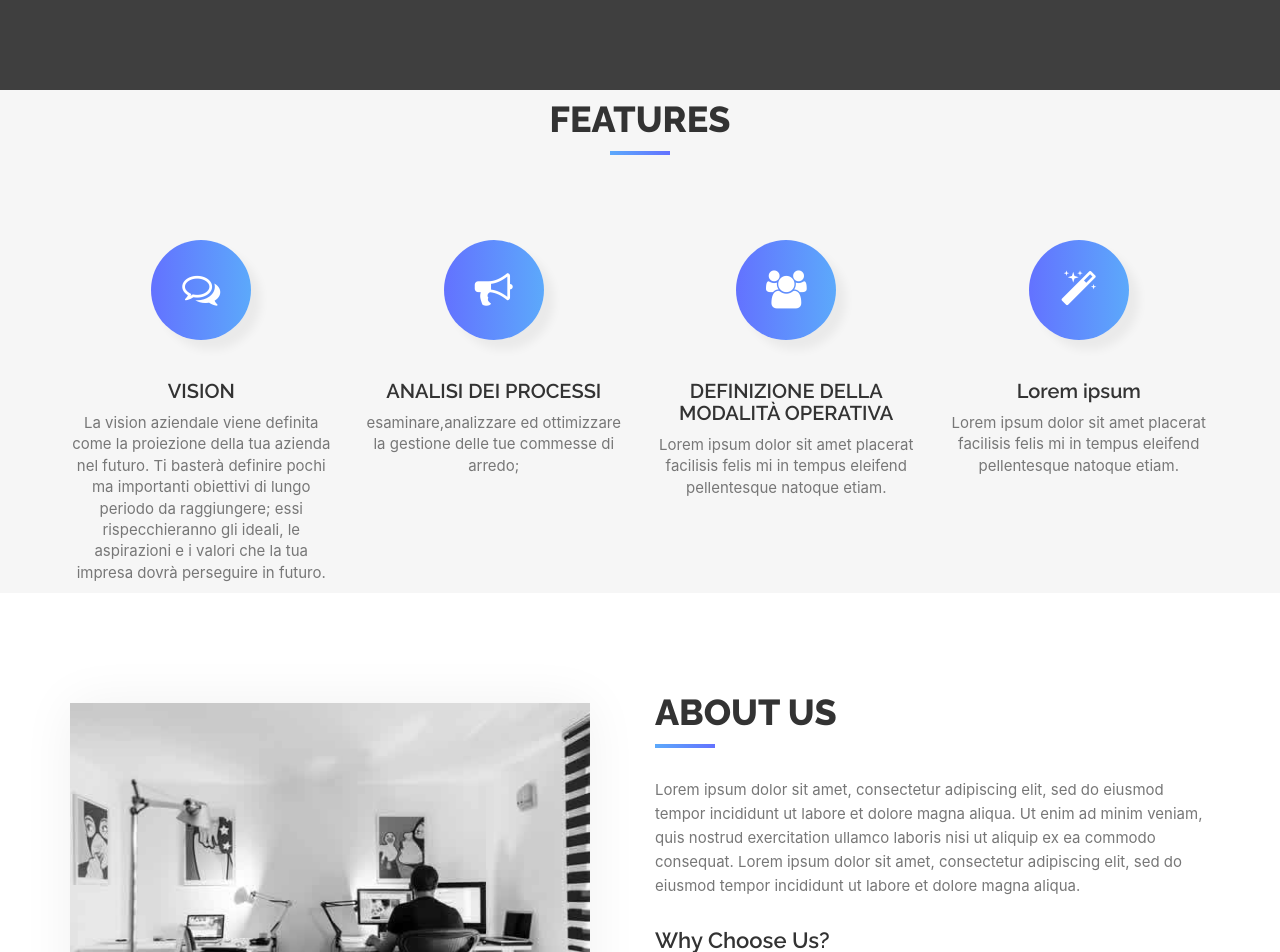
Repository: andrealepori/digitize-reactapp
Page: /
An editor plug-in stored every save of this project. The page is shown before and after a run of saves, followed by the edit.
The browser window is 1280 px wide. The pictures show the part of the page from y = 938 to 1890 px (the page is 5696 px tall).
Pictures or frames that could not be fetched are drawn as grey boxes. The project was rebuilt for these pictures with package versions that can differ from the ones it lists, and the page was loaded fresh each time.

Above is the page before, as saved 2021-09-21 14:53:34.

### public/index.html
<head>
  <meta charset="utf-8" />
  <meta name="viewport" content="width=device-width, initial-scale=1" />
  <link rel="shortcut icon" href="img/favicon.ico" type="image/x-icon" />
  <link rel="apple-touch-icon" href="img/apple-touch-icon.png" />
  <link href="https://use.fontawesome.com/releases/v5.15.1/css/all.css" rel="stylesheet" />
  <link
    rel="apple-touch-icon"
    sizes="72x72"
    href="img/apple-touch-icon-72x72.png"
  />
  <link
    rel="apple-touch-icon"
    sizes="114x114"
    href="img/apple-touch-icon-114x114.png"
  />

  <link rel="stylesheet" type="text/css" href="css/bootstrap.css" />
  <link
    rel="stylesheet"
    type="text/css"
    href="fonts/font-awesome/css/font-awesome.css"
  />
  <link rel="stylesheet" type="text/css" href="css/style.css" />
  <link
    rel="stylesheet"
    type="text/css"
    href="css/nivo-lightbox/nivo-lightbox.css"
  />
  <link rel="stylesheet" type="text/css" href="css/nivo-lightbox/default.css" />
  <link
    href="https://fonts.googleapis.com/css?family=Open+Sans:300,400,600,700"
    rel="stylesheet"
  />
  <link
    href="https://fonts.googleapis.com/css?family=Lato:400,700"
    rel="stylesheet"
  />
  <link
    href="https://fonts.googleapis.com/css?family=Raleway:300,400,500,600,700,800,900"
    rel="stylesheet"
  />
  <title>DIGITIZE</title>
  <meta name="description" content="" />
  <meta name="author" content="@andrealepori" />
</head>

<body id="page-top" data-spy="scroll" data-target=".navbar-fixed-top">
  <div id="root"></div>




  <script type="text/javascript" src="js/jquery.1.11.1.js"></script>
  <script type="text/javascript" src="js/bootstrap.js"></script>
</body>

### src/App.jsx
import { useState, useEffect } from "react";
import { Navigation } from "./components/navigation";
import { Header } from "./components/header";
import { Features } from "./components/features";
import { About } from "./components/about";
import { Services } from "./components/services";
import { Gallery } from "./components/gallery";
import { Testimonials } from "./components/testimonials";
import { Team } from "./components/Team";
import { Contact } from "./components/contact";
import JsonData from "./data/data.json";
import SmoothScroll from "smooth-scroll";
import "./App.css";

export const scroll = new SmoothScroll('a[href*="#"]', {
  speed: 1000,
  speedAsDuration: true,
});

const App = () => {
  const [landingPageData, setLandingPageData] = useState({});
  useEffect(() => {
    setLandingPageData(JsonData);
  }, []);

  return (
    <div>
      <Navigation />
      <Header data={landingPageData.Header} />
      <Features data={landingPageData.Features} />
      <About data={landingPageData.About} />
      <Services data={landingPageData.Services} />
      <Gallery data={landingPageData.Gallery}/>
      <Testimonials data={landingPageData.Testimonials} />
      <Team data={landingPageData.Team} />
      <Contact data={landingPageData.Contact} />

    </div>
  );
};

export default App;

### src/components/navigation.jsx
export const Navigation = (props) => {
  return (
    <nav id='menu' className='navbar navbar-default navbar-fixed-top'>
      <div className='container'>
        <div className='navbar-header'>
          <button
            type='button'
            className='navbar-toggle collapsed'
            data-toggle='collapse'
            data-target='#bs-example-navbar-collapse-1'
          >
            {' '}
            <span className='sr-only'>Toggle navigation</span>{' '}
            <span className='icon-bar'></span>{' '}
            <span className='icon-bar'></span>{' '}
            <span className='icon-bar'></span>{' '}
          </button>

          <a className='navbar-brand page-scroll' href='#page-top'>

          </a>{' '}
        </div>

        <div
          className='collapse navbar-collapse'
          id='bs-example-navbar-collapse-1'
        >
          <img src="img/logo.png" width="17%" height="auto"></img>
          <ul className='nav navbar-nav navbar-right'>
            <li>
              <a href='#features' className='page-scroll'>
                Features
              </a>
            </li>
            <li>
              <a href='#about' className='page-scroll'>
                About
              </a>
            </li>
            <li>
              <a href='#services' className='page-scroll'>
                Services
              </a>
            </li>
            <li>
              <a href='#portfolio' className='page-scroll'>
                Gallery
              </a>
            </li>
            <li>
              <a href='#testimonials' className='page-scroll'>
                Testimonials
              </a>
            </li>
            <li>
              <a href='#team' className='page-scroll'>
                Team
              </a>
            </li>
            <li>
              <a href='#contact' className='page-scroll'>
                Contact
              </a>
            </li>
          </ul>
        </div>
      </div>
    </nav>
  )
}

### src/components/header.jsx
export const Header = (props) => {
  return (
    <header id='header'>
      <div className='intro'>
        <div className='overlay'>
          <div className='container'>
            <div className='row'>
              <div className='col-md-8 col-md-offset-2 intro-text'>
                <h1>
                  {props.data ? props.data.title : 'Loading'}
                  <span></span>
                </h1>
                <p>{props.data ? props.data.paragraph : 'Loading'}</p>
                <a
                  href='#features'
                  className='btn btn-custom btn-lg page-scroll'
                >
                  Learn More
                </a>{' '}
              </div>
            </div>
          </div>
        </div>
      </div>
    </header>
  )
}

### src/components/about.jsx
export const About = (props) => {
  return (
    <div id="about">
      <div className="container">
        <div className="row">
          <div className="col-xs-12 col-md-6">
            {" "}
            <img src="img/about.jpg" className="img-responsive" alt="" />{" "}
          </div>
          <div className="col-xs-12 col-md-6">
            <div className="about-text">
              <h2>About Us</h2>
              <p>{props.data ? props.data.paragraph : "loading..."}</p>
              <h3>Why Choose Us?</h3>
              <div className="list-style">
                <div className="col-lg-6 col-sm-6 col-xs-12">
                  <ul>
                    {props.data
                      ? props.data.Why.map((d, i) => (
                          <li key={`${d}-${i}`}>{d}</li>
                        ))
                      : "loading"}
                  </ul>
                </div>
                <div className="col-lg-6 col-sm-6 col-xs-12">
                  <ul>
                    {props.data
                      ? props.data.Why2.map((d, i) => (
                          <li key={`${d}-${i}`}> {d}</li>
                        ))
                      : "loading"}
                  </ul>
                </div>
              </div>
            </div>
          </div>
        </div>
      </div>
    </div>
  );
};

### src/components/services.jsx
export const Services = (props) => {
  return (
    <div id='services' className='text-center'>
      <div className='container'>
        <div className='section-title'>
          <h2>Our Services</h2>
          <p>
            Lorem ipsum dolor sit amet, consectetur adipiscing elit duis sed
            dapibus leonec.
          </p>
        </div>
        <div className='row'>
          {props.data
            ? props.data.map((d, i) => (
                <div key={`${d.name}-${i}`} className='col-md-4'>
                  {' '}
                  <i className={d.icon}></i>
                  <div className='service-desc'>
                    <h3>{d.name}</h3>
                    <p>{d.text}</p>
                  </div>
                </div>
              ))
            : 'loading'}
        </div>
      </div>
    </div>
  )
}

### src/components/gallery.jsx
import { Image } from "./image";

export const Gallery = (props) => {
  return (
    <div id='portfolio' className='text-center'>
      <div className='container'>
        <div className='section-title'>
          <h2>Gallery</h2>
          <p>
            Lorem ipsum dolor sit amet, consectetur adipiscing elit duis sed
            dapibus leonec.
          </p>
        </div>
        <div className='row'>
          <div className='portfolio-items'>
            {props.data
              ? props.data.map((d, i) => (
                <div key={`${d.title}-${i}`} className='col-sm-6 col-md-4 col-lg-4'>
                  <Image title={d.title} largeImage={d.largeImage} smallImage={d.smallImage} />
                </div>
              ))
              : 'Loading...'}
          </div>
        </div>
      </div>
    </div>
  )
}

### src/components/testimonials.jsx
export const Testimonials = (props) => {
  return (
    <div id='testimonials'>
      <div className='container'>
        <div className='section-title text-center'>
          <h2>What our clients say</h2>
        </div>
        <div className='row'>
          {props.data
            ? props.data.map((d, i) => (
                <div key={`${d.name}-${i}`} className='col-md-4'>
                  <div className='testimonial'>
                    <div className='testimonial-image'>
                      {' '}
                      <img src={d.img} alt='' />{' '}
                    </div>
                    <div className='testimonial-content'>
                      <p>"{d.text}"</p>
                      <div className='testimonial-meta'> - {d.name} </div>
                    </div>
                  </div>
                </div>
              ))
            : 'loading'}
        </div>
      </div>
    </div>
  )
}

### src/components/Team.jsx
export const Team = (props) => {
  return (
    <div id='team' className='text-center'>
      <div className='container'>
        <div className='col-md-8 col-md-offset-2 section-title'>
          <h2>Meet the Team</h2>
          <p>
            Lorem ipsum dolor sit amet, consectetur adipiscing elit duis sed
            dapibus leonec.
          </p>
        </div>
        <div id='row'>
          {props.data
            ? props.data.map((d, i) => (
                <div key={`${d.name}-${i}`} className='col-md-3 col-sm-6 team'>
                  <div className='thumbnail'>
                    {' '}
                    <img src={d.img} alt='...' className='team-img' />
                    <div className='caption'>
                      <h4>{d.name}</h4>
                      <p>{d.job}</p>
                    </div>
                  </div>
                </div>
              ))
            : 'loading'}
        </div>
      </div>
    </div>
  )
}

### src/components/contact.jsx
import { useState } from 'react'

import emailjs from 'emailjs-com'

const initialState = {
  name: '',
  email: '',
  message: '',
}
export const Contact = (props) => {
  const [{ name, email, message }, setState] = useState(initialState)

  const handleChange = (e) => {
    const { name, value } = e.target
    setState((prevState) => ({ ...prevState, [name]: value }))
  }
  const clearState = () => setState({ ...initialState })

  const handleSubmit = (e) => {
    e.preventDefault()
    console.log(name, email, message)
    emailjs
      .sendForm(
        'YOUR_SERVICE_ID', 'YOUR_TEMPLATE_ID', e.target, 'YOUR_USER_ID'
      )
      .then(
        (result) => {
          console.log(result.text)
          clearState()
        },
        (error) => {
          console.log(error.text)
        }
      )
  }
  return (

  <footer class="bg-light text-center text-white">

  <div className="container p-4 pb-0">



      <a clssName="btn btn-primary btn-floating m-1"

        href="#!"
        role="button"
        ><i className="fab fa-facebook-f"></i> </a>

      <a
        className="btn btn-primary btn-floating m-1"

        href="#!"
        role="button"
        ><i className="fab fa-twitter"></i></a>
      <a
        className="btn btn-primary btn-floating m-1"


        href="#!"
        role="button"
        ><i className="fab fa-google"></i></a>
      <a
        className="btn btn-primary btn-floating m-1"


        href="#!"
        role="button"
        ><i className="fab fa-instagram"></i></a>
      <a
        className="btn btn-primary btn-floating m-1"

        href="#!"
        role="button"
        ><i className="fab fa-linkedin-in"></i></a>
      <a
        className="btn btn-primary btn-floating m-1"

        href="#!"
        role="button"
        ><i className="fab fa-github"></i></a>
  </div>

</footer>
  )
}

### src/data/data.json
{
  "Header": {
    "title": "DIGITALIZZAZIONE DI IMPRESE ",
    "paragraph": "Digitalizzazione è sinonimo di miglioramento e velocizzazione dei processi aziendali, ma anche di dematerializzazione degli ambienti lavorativi e dei documenti d’impresa. Infatti, proprio come è accaduto in seguito all’emergenza Covid, molte realtà hanno sperimentato lo Smart Working e la gestione delle attività da remoto, mentre altre hanno aperto le porte del proprio business alla vendita online."
  },
  "About": {
    "paragraph": "Lorem ipsum dolor sit amet, consectetur adipiscing elit, sed do eiusmod tempor incididunt ut labore et dolore magna aliqua. Ut enim ad minim veniam, quis nostrud exercitation ullamco laboris nisi ut aliquip ex ea commodo consequat. Lorem ipsum dolor sit amet, consectetur adipiscing elit, sed do eiusmod tempor incididunt ut labore et dolore magna aliqua.",
    "Why": [
      "Lorem ipsum o23e",
      "Tempor incididunt",
      "Lorem ipsum dolor",
      "Incididunt ut labore"
    ],
    "Why2": [
      "1 ex ea commodo",
      "2 ipsum dolor",
      "3 ullamco",
      "4 ipsum dolor"
    ]
  },
  "Gallery": [
    {
      "title": "Project Title",
      "largeImage": "img/portfolio/01-large.jpg",
      "smallImage": "img/portfolio/01-small.jpg"
    },
    {
      "title": "Project Title",
      "largeImage": "img/portfolio/02-large.jpg",
      "smallImage": "img/portfolio/02-small.jpg"
    },
    {
      "title": "Project Title",
      "largeImage": "img/portfolio/03-large.jpg",
      "smallImage": "img/portfolio/03-small.jpg"
    },
    {
      "title": "Project Title",
      "largeImage": "img/portfolio/04-large.jpg",
      "smallImage": "img/portfolio/04-small.jpg"
    },
    {
      "title": "Project Title",
      "largeImage": "img/portfolio/05-large.jpg",
      "smallImage": "img/portfolio/05-small.jpg"
    },
    {
      "title": "Project Title",
      "largeImage": "img/portfolio/06-large.jpg",
      "smallImage": "img/portfolio/06-small.jpg"
    },
    {
      "title": "Project Title",
      "largeImage": "img/portfolio/07-large.jpg",
      "smallImage": "img/portfolio/07-small.jpg"
    },
    {
      "title": "Project Title",
      "largeImage": "img/portfolio/08-large.jpg",
      "smallImage": "img/portfolio/08-small.jpg"
    },
    {
      "title": "Project Title",
      "largeImage": "img/portfolio/09-large.jpg",
      "smallImage": "img/portfolio/09-small.jpg"
    }
  ],
  "Services": [
    {
      "icon": "fa fa-wordpress",
      "name": "Lorem ipsum dolor",
      "text": "Lorem ipsum dolor sit amet, consectetur adipiscing elit. Duis sed dapibus leo nec ornare diam sedasd commodo nibh ante facilisis bibendum dolor feugiat at."
    },
    {
      "icon": "fa fa-cart-arrow-down",
      "name": "Consectetur adipiscing",
      "text": "Lorem ipsum dolor sit amet, consectetur adipiscing elit. Duis sed dapibus leo nec ornare diam sedasd commodo nibh ante facilisis bibendum dolor feugiat at."
    },
    {
      "icon": "fa fa-cloud-download",
      "name": "Lorem ipsum dolor",
      "text": "Lorem ipsum dolor sit amet, consectetur adipiscing elit. Duis sed dapibus leo nec ornare diam sedasd commodo nibh ante facilisis bibendum dolor feugiat at."
    },
    {
      "icon": "fa fa-language",
      "name": "Consectetur adipiscing",
      "text": "Lorem ipsum dolor sit amet, consectetur adipiscing elit. Duis sed dapibus leo nec ornare diam sedasd commodo nibh ante facilisis bibendum dolor feugiat at."
    },
    {
      "icon": "fa fa-plane",
      "name": "Lorem ipsum dolor",
      "text": "Lorem ipsum dolor sit amet, consectetur adipiscing elit. Duis sed dapibus leo nec ornare diam sedasd commodo nibh ante facilisis bibendum dolor feugiat at."
    },
    {
      "icon": "fa fa-pie-chart",
      "name": "Consectetur adipiscing",
      "text": "Lorem ipsum dolor sit amet, consectetur adipiscing elit. Duis sed dapibus leo nec ornare diam sedasd commodo nibh ante facilisis bibendum dolor feugiat at."
    }
  ],
  "Testimonials": [
    {
      "img": "img/testimonials/01.jpg",
      "text": "\"Lorem ipsum dolor sit amet, consectetur adipiscing elit. Duis sed dapibus leo nec ornare diam sedasd commodo nibh ante facilisis bibendum dolor feugiat at.\"",
      "name": "John Doe"
    },
    {
      "img": "img/testimonials/02.jpg",
      "text": "\"Lorem ipsum dolor sit amet, consectetur adipiscing elit. Duis sed dapibus leo nec ornare diam sedasd commodo nibh ante facilisis bibendum dolor feugiat at.\"",
      "name": "Johnathan Doe"
    },
    {
      "img": "img/testimonials/03.jpg",
      "text": "\"Lorem ipsum dolor sit amet, consectetur adipiscing elit. Duis sed dapibus leo nec ornare diam sedasd commodo nibh ante facilisis bibendum dolor feugiat at.\"",
      "name": "John Doe"
    },
    {
      "img": "img/testimonials/04.jpg",
      "text": "\"Lorem ipsum dolor sit amet, consectetur adipiscing elit. Duis sed dapibus leo nec ornare diam sedasd commodo nibh ante facilisis bibendum dolor feugiat at.\"",
      "name": "Johnathan Doe"
    },
    {
      "img": "img/testimonials/05.jpg",
      "text": "\"Lorem ipsum dolor sit amet, consectetur adipiscing elit. Duis sed dapibus leo nec ornare diam sedasd commodo nibh ante facilisis bibendum dolor feugiat at.\"",
      "name": "John Doe"
    },
    {
      "img": "img/testimonials/06.jpg",
      "text": "\"Lorem ipsum dolor sit amet, consectetur adipiscing elit. Duis sed dapibus leo nec ornare diam sedasd commodo nibh ante facilisis bibendum dolor feugiat at.\"",
      "name": "Johnathan Doe"
    }
  ],
  "Team": [
    {
      "img": "img/team/01.jpg",
      "name": "John Doe",
      "job": "Director"
    },
    {
      "img": "img/team/02.jpg",
      "name": "Mike Doe",
      "job": "Senior Designer"
    },
    {
      "img": "img/team/03.jpg",
      "name": "Jane Doe",
      "job": "Senior Designer"
    },
    {
      "img": "img/team/04.jpg",
      "name": "Karen Doe",
      "job": "Project Manager"
    }
  ],
  "Contact": {
    "address": "4321 California St, San Francisco, CA 12345 ",
    "phone": "+1 123 456 1234",
    "email": "info@company.com",
    "facebook": "fb.com",
    "twitter": "twitter.com",
    "youtube": "youtube.com"
  },
  "Features": [
    {
      "icon": "fa fa-comments-o",
      "title": "VISION",
      "text": "La vision aziendale viene definita come la proiezione della tua azienda nel futuro. Ti basterà definire pochi ma importanti obiettivi di lungo periodo da raggiungere; essi rispecchieranno gli ideali, le aspirazioni e i valori che la tua impresa dovrà perseguire in futuro. "
    },
    {
      "icon": "fa fa-bullhorn",
      "title": "ANALISI DEI PROCESSI",
      "text": "esaminare,analizzare ed ottimizzare la gestione delle tue commesse di arredo;"
    },
    {
      "icon": "fa fa-group",
      "title": "DEFINIZIONE DELLA MODALITÀ OPERATIVA",
      "text": "Lorem ipsum dolor sit amet placerat facilisis felis mi in tempus eleifend pellentesque natoque etiam."
    },
    {
      "icon": "fa fa-magic",
      "title": "Lorem ipsum",
      "text": "Lorem ipsum dolor sit amet placerat facilisis felis mi in tempus eleifend pellentesque natoque etiam."
    }
  ]
}

Loaded but not shown: src/index.js (common file); src/index.css (common file); src/serviceWorker.js (common file); src/components/features.jsx (common file); src/App.css (common file); src/components/image.jsx (common file); public/css/bootstrap.css (library); public/fonts/font-awesome/css/font-awesome.css (library); public/js/jquery.1.11.1.js (library); public/js/bootstrap.js (library); public/css/style.css (607 lines, source omitted); public/css/nivo-lightbox/nivo-lightbox.css (205 lines, source omitted); public/css/nivo-lightbox/default.css (103 lines, source omitted)

After the next 2 saves:
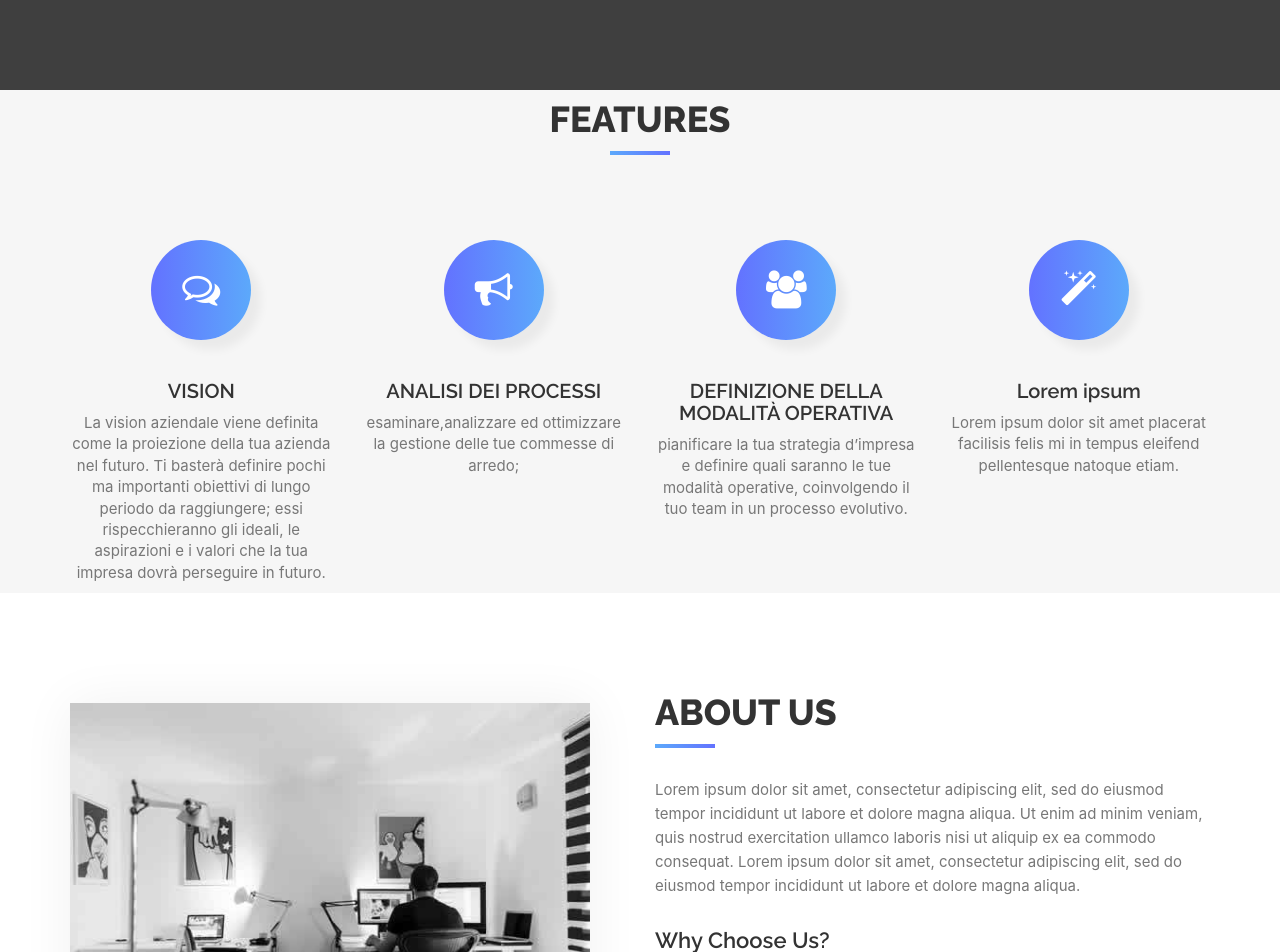
The 2 saves are shown as one change because they came seconds apart.
The last was saved 23 s later.
--- a/src/data/data.json
+++ b/src/data/data.json
@@ -173,7 +173,7 @@
     {
       "icon": "fa fa-group",
       "title": "DEFINIZIONE DELLA MODALITÀ OPERATIVA",
-      "text": "Lorem ipsum dolor sit amet placerat facilisis felis mi in tempus eleifend pellentesque natoque etiam."
+      "text": "pianificare la tua strategia d’impresa e definire quali saranno le tue modalità operative, coinvolgendo il tuo team in un processo evolutivo."
     },
     {
       "icon": "fa fa-magic",
